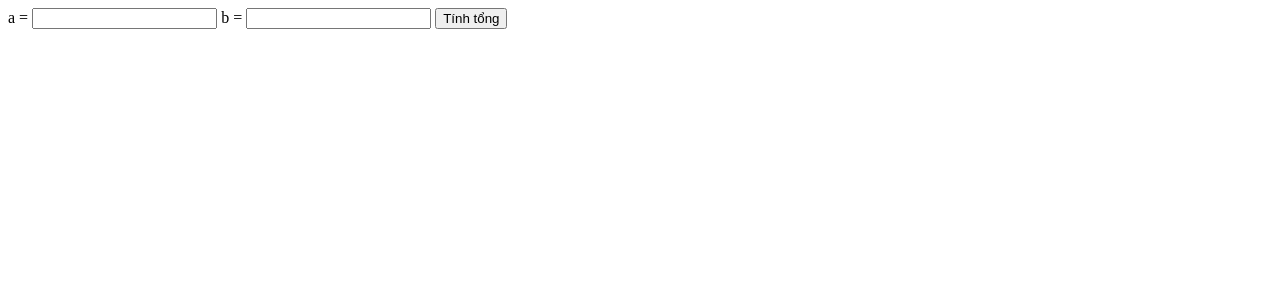
Repository: giakhiem2911/64131000_Web2
Page: ViduTinhToan/src/main/webapp/sum.html
These files come from the project's save history. The page is drawn as it stood at one moment and after the next save; the edit follows.
The browser window is 1280 px wide. The pictures show the whole page.

Above is the page before, as saved 2025-02-21 03:15:59.

After the next save:
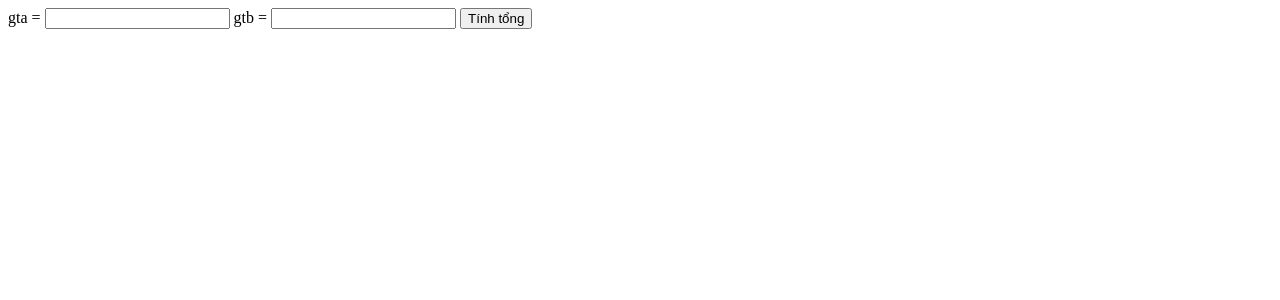
Saved 95 s later.
--- a/ViduTinhToan/src/main/webapp/sum.html
+++ b/ViduTinhToan/src/main/webapp/sum.html
@@ -6,8 +6,8 @@
 </head>
 <body>
 	<form action="sum.jsp">
-		a = <input type="number" name="a">
-		b = <input type="number" name="b">
+		gta = <input type="number" name="a">
+		gtb = <input type="number" name="b">
 		<input type="submit" value="Tính tổng">
 	</form>
 </body>

After the save that followed:
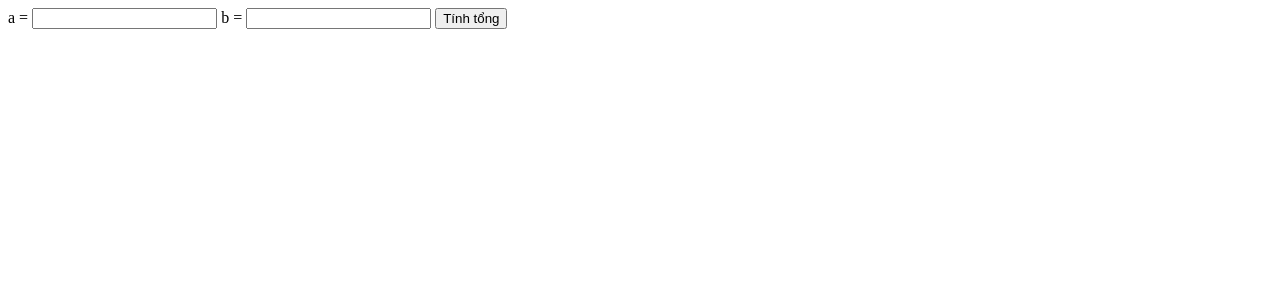
Saved 33 s later.
--- a/ViduTinhToan/src/main/webapp/sum.html
+++ b/ViduTinhToan/src/main/webapp/sum.html
@@ -6,8 +6,8 @@
 </head>
 <body>
 	<form action="sum.jsp">
-		gta = <input type="number" name="a">
-		gtb = <input type="number" name="b">
+		a = <input type="number" name="a">
+		b = <input type="number" name="b">
 		<input type="submit" value="Tính tổng">
 	</form>
 </body>
